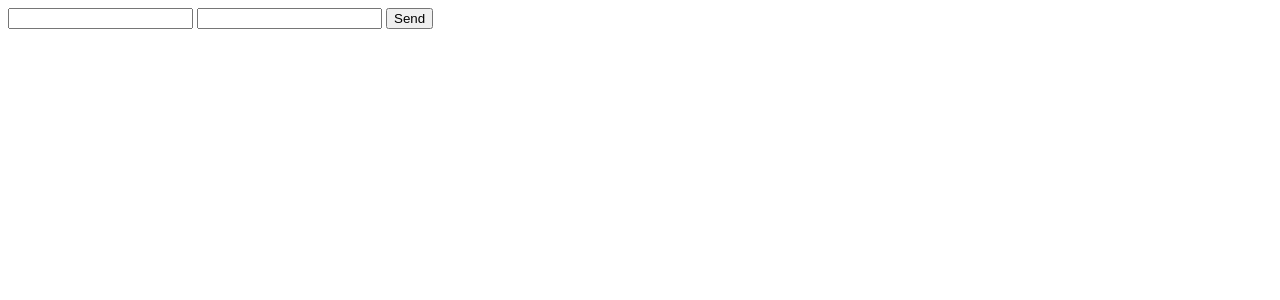
Repository: posse-ap/gen2.0-Karen-812
Page: http://localhost/work/web/index.php
An editor plug-in stored every save of this project. The page is shown before and after the next save, followed by the edit.
The browser window is 1280 px wide. The pictures show the whole page.
The page is run by PHP 8.4 with error messages shown; the project is at /var/www/html/.

Above is the page before, as saved 2021-12-30 20:52:54.

### basic_php_webdev-master/work/web/index.php
<?php

require('../app/functions.php');
include('../app/_parts/_header.php');

// $today = date('Y-m-d H:i:s l');
// $names = [
//   'Taro',
//   'Jiro',
//   'Saburo',
// ];

?>

<form action="result.php" method="get">
    <input type="text" name="message">
    <input type="text" name="username">
    <button>Send</button>
</form>

<?php
include('../app/_parts/_footer.php');

### basic_php_webdev-master/work/app/functions.php
<?php
function h($str){
  return htmlspecialchars($str, ENT_QUOTES, 'UTF-8');
}

### basic_php_webdev-master/work/app/_parts/_header.php
<!DOCTYPE html>
<html lang="ja">
<head>
  <meta charset="utf-8">
  <title>PHP Practice</title>
</head>
<body>

Loaded but not shown: basic_php_webdev-master/work/app/_parts/_footer.php (common file)

After the next save:
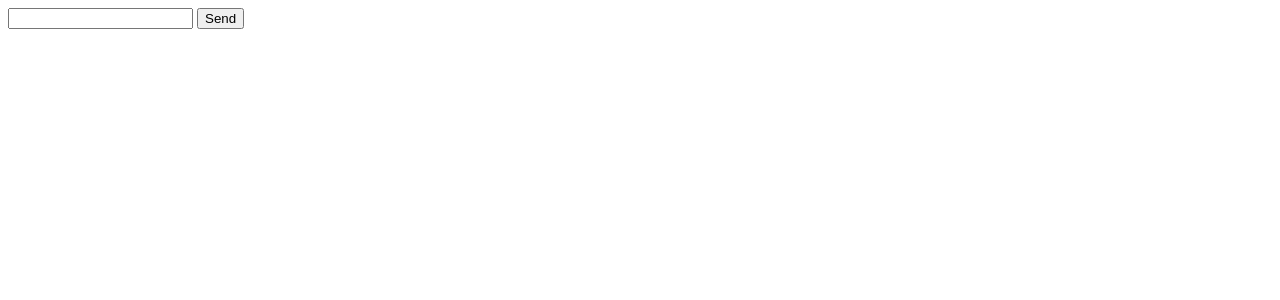
Saved 83 s later.
--- a/basic_php_webdev-master/work/web/index.php
+++ b/basic_php_webdev-master/work/web/index.php
@@ -14,7 +14,6 @@ include('../app/_parts/_header.php');
 
 <form action="result.php" method="get">
     <input type="text" name="message">
-    <input type="text" name="username">
     <button>Send</button>
 </form>
 
